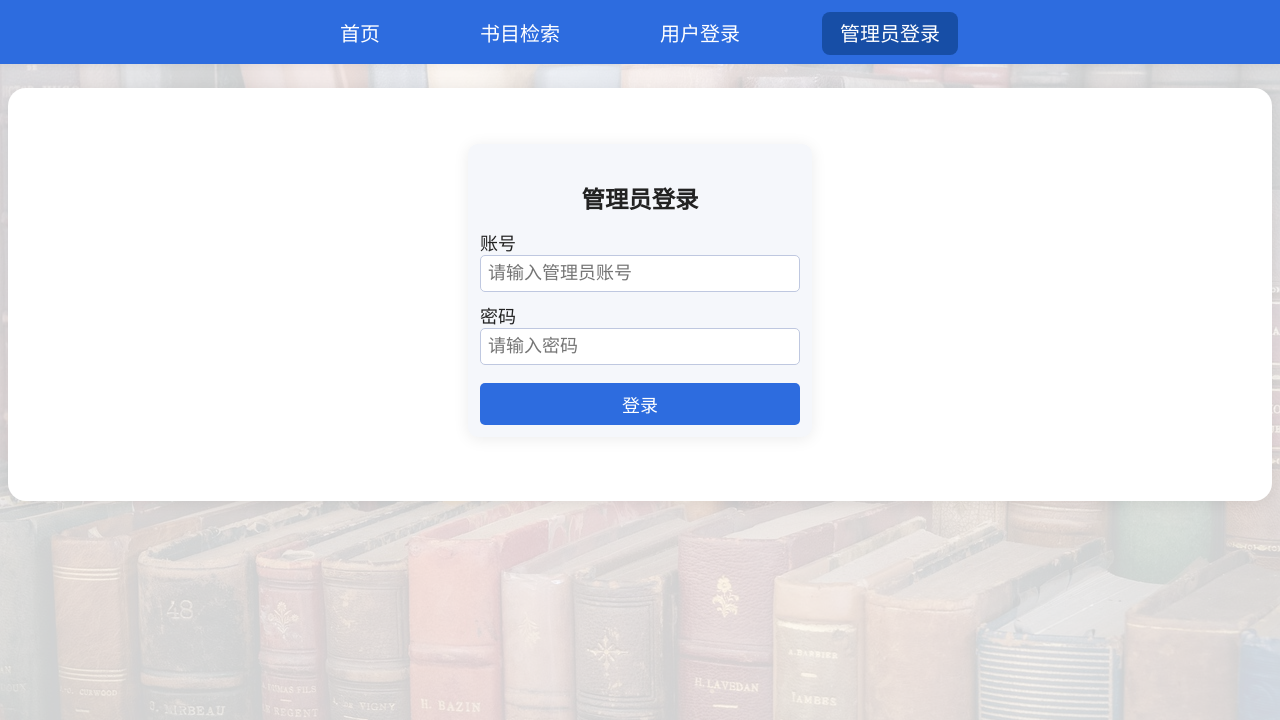
Repository: MercuryRandom/Library-Resource-Management-System
Page: /admin-login (app in frontend/)
An editor plug-in stored every save of this project. The page is shown before and after the next save, followed by the edit.
The browser window is 1280 px wide. The pictures show the whole page.
The project was rebuilt for these pictures with package versions that can differ from the ones it lists, and the page was loaded fresh each time. Also part of the build but not shown: frontend/vite.config.js, frontend/src/pages/HomePage.jsx, frontend/src/pages/SearchPage.jsx, frontend/src/pages/LoginPage.jsx, frontend/src/pages/RegisterPage.jsx, frontend/src/pages/admin/ReaderManagementPage.jsx, frontend/src/pages/admin/BookManagementPage.jsx, frontend/src/pages/admin/BorrowManagementPage.jsx.

Above is the page before, as saved 2025-06-27 10:26:48.

After the next save:
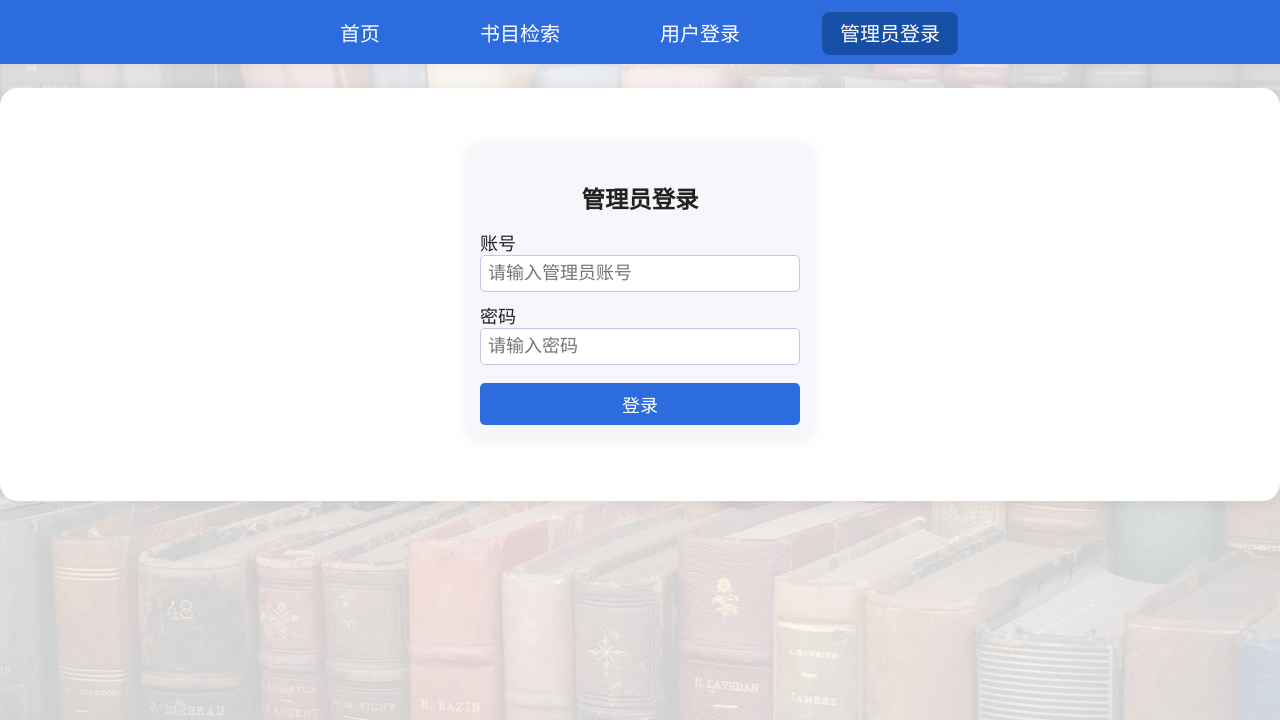
Saved 108 s later.
--- a/frontend/src/App.css
+++ b/frontend/src/App.css
@@ -67,7 +67,7 @@
 
 main {
   flex: 1;
-  max-width: 1200px;
+  max-width: 2200px;
   margin: 24px auto 0 auto;
   background: #fff;
   border-radius: 18px;

After the 2 saves that followed:
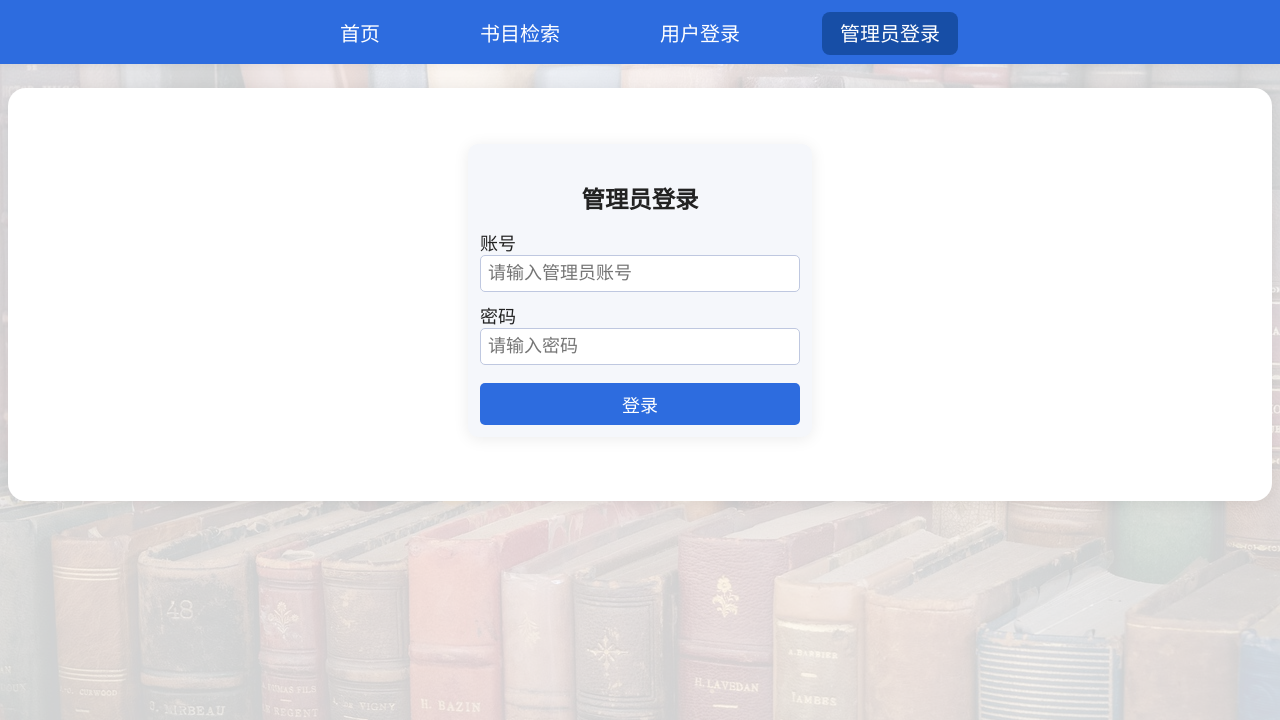
The 2 saves are shown as one change because 1 left the picture as it was.
The last was saved 19 s later.
--- a/frontend/src/App.css
+++ b/frontend/src/App.css
@@ -67,7 +67,7 @@
 
 main {
   flex: 1;
-  max-width: 2200px;
+  max-width: 1200px;
   margin: 24px auto 0 auto;
   background: #fff;
   border-radius: 18px;
